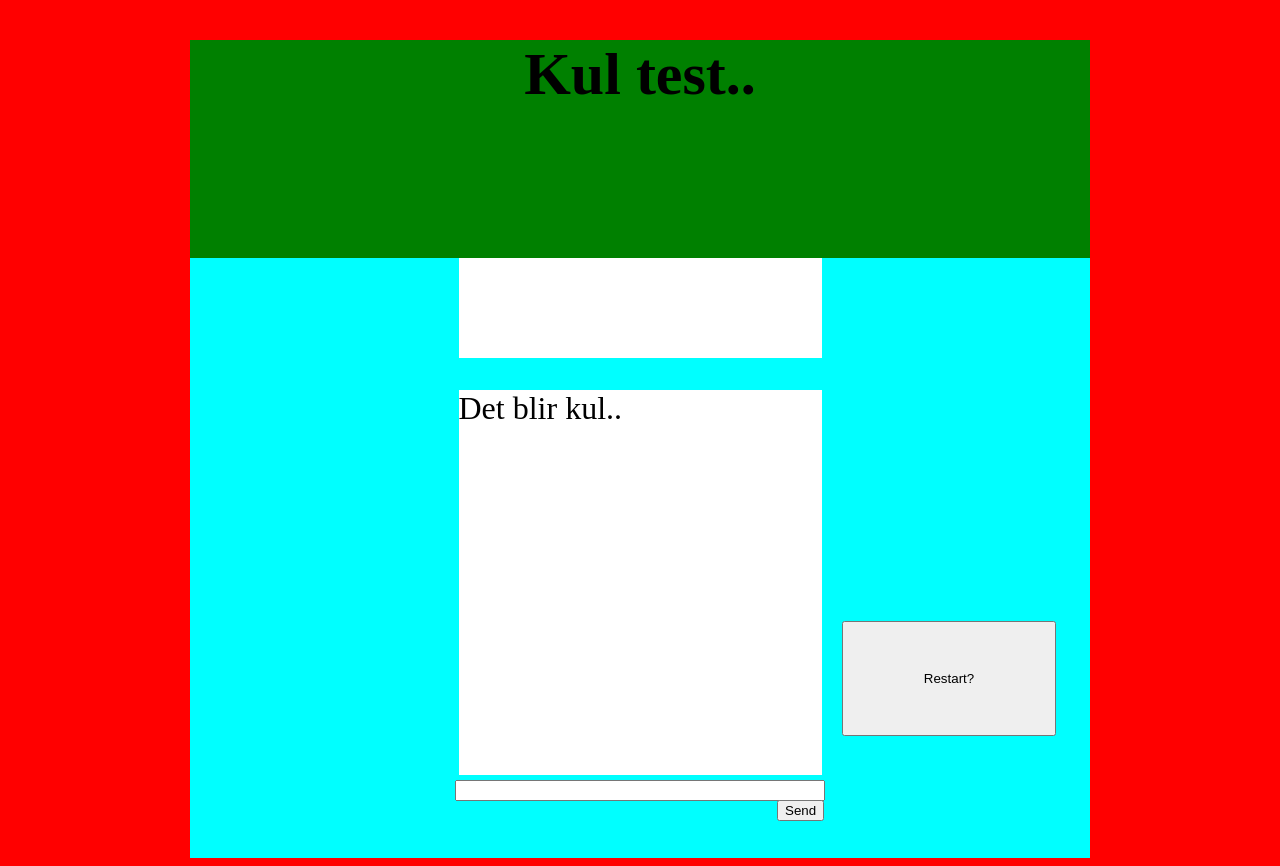
Repository: al223jw/1dv403-laborationer
Page: 4-thequiz/index.html
The author's editor kept a record of every edit. The page is drawn from the files as they stood at one moment, then again after the next edit.
The browser window is 1280 px wide. The pictures show the whole page.
The page's requests for data from a server got no answer.

Above is the page before.

After the next edit:
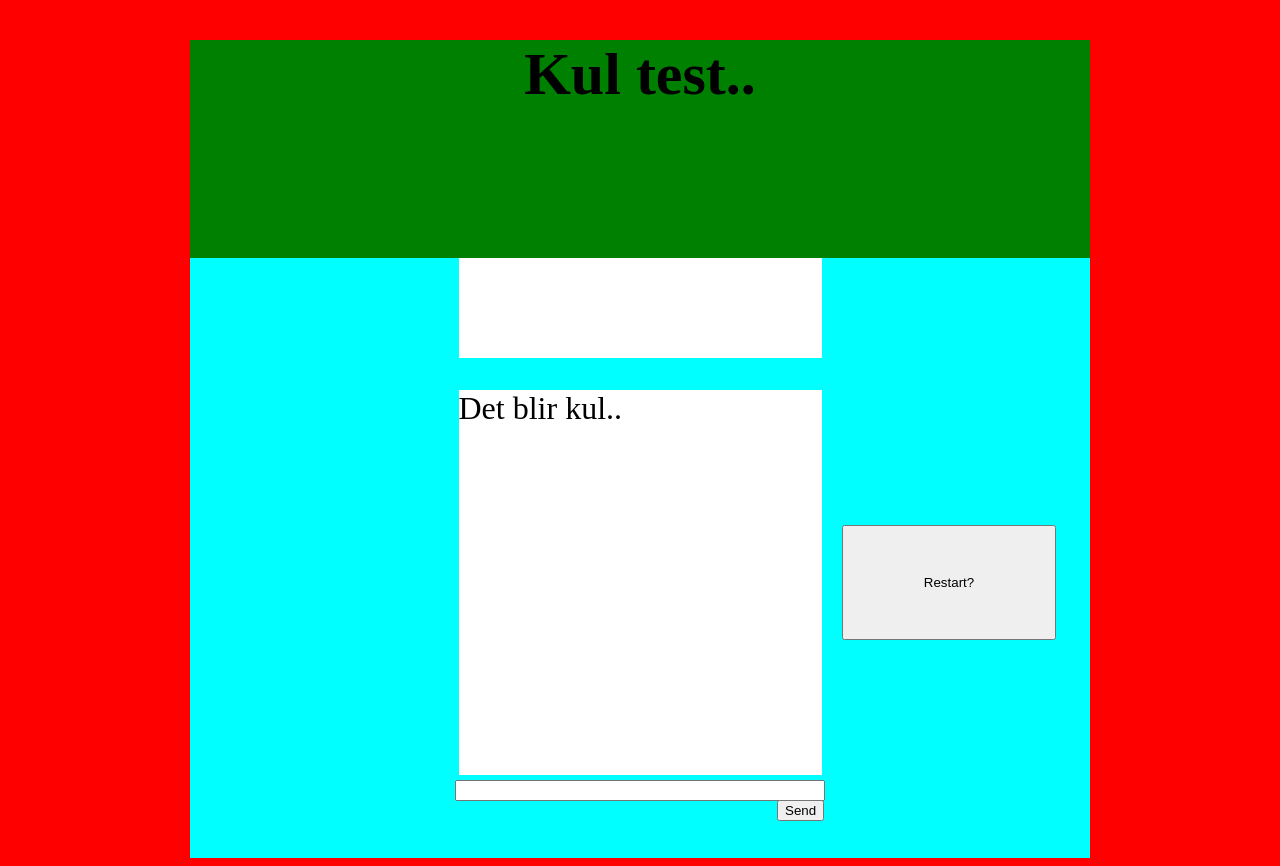
The edit:
--- a/4-thequiz/css/css.css
+++ b/4-thequiz/css/css.css
@@ -40,7 +40,7 @@
     width:200px;
     height:100px;
     margin-left:652px;
-    margin-top:-200px;
+    margin-top:-296px;
 }
 .restart
 {
